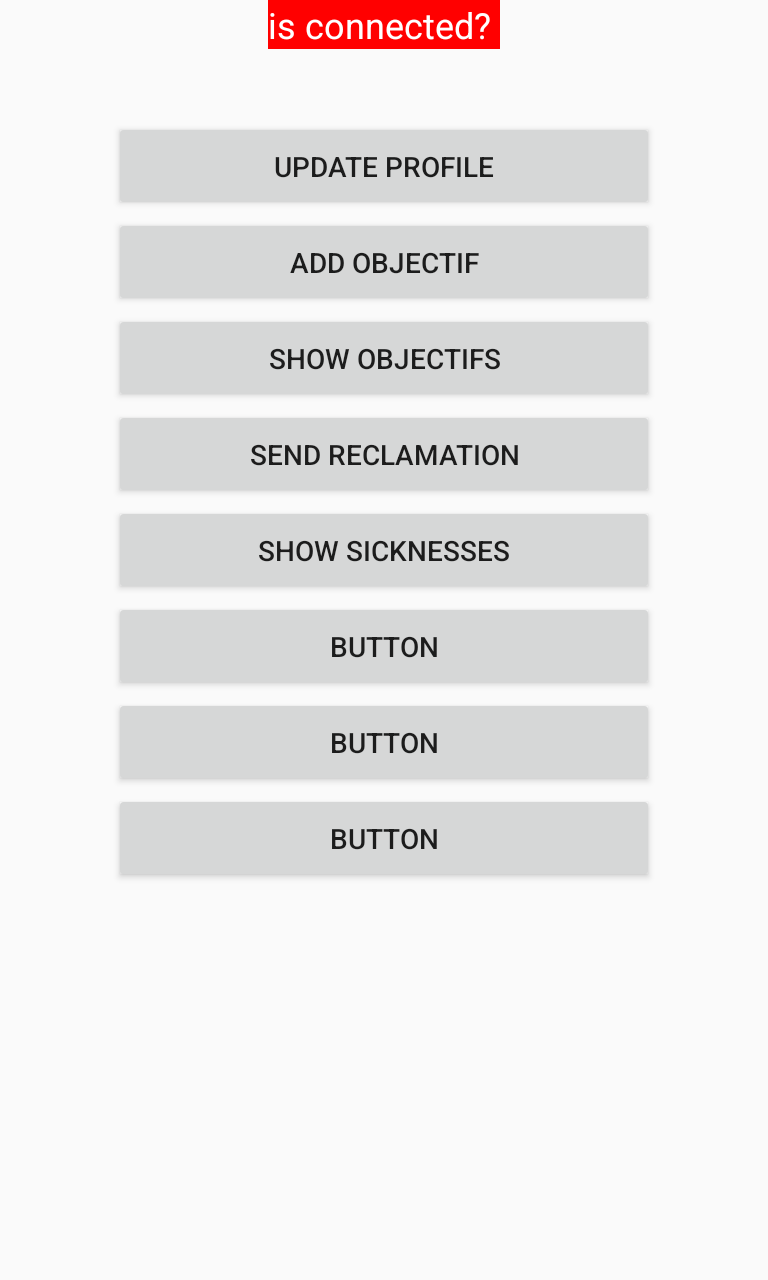
Repository: HAYKEL88/MASTER2_PFE
Layout: PFE_ANDROID/res/layout/activity_welcome_admin.xml
These files come from the project's save history. The layout is drawn as it stood at one moment and after the next save; the edit follows.
It is drawn on a 768 x 1280 px phone screen (xhdpi) without system bars, with theme AppTheme; the app's code is not run.

Above is the layout before, as saved 2014-12-21 11:00:13.

After the next save:
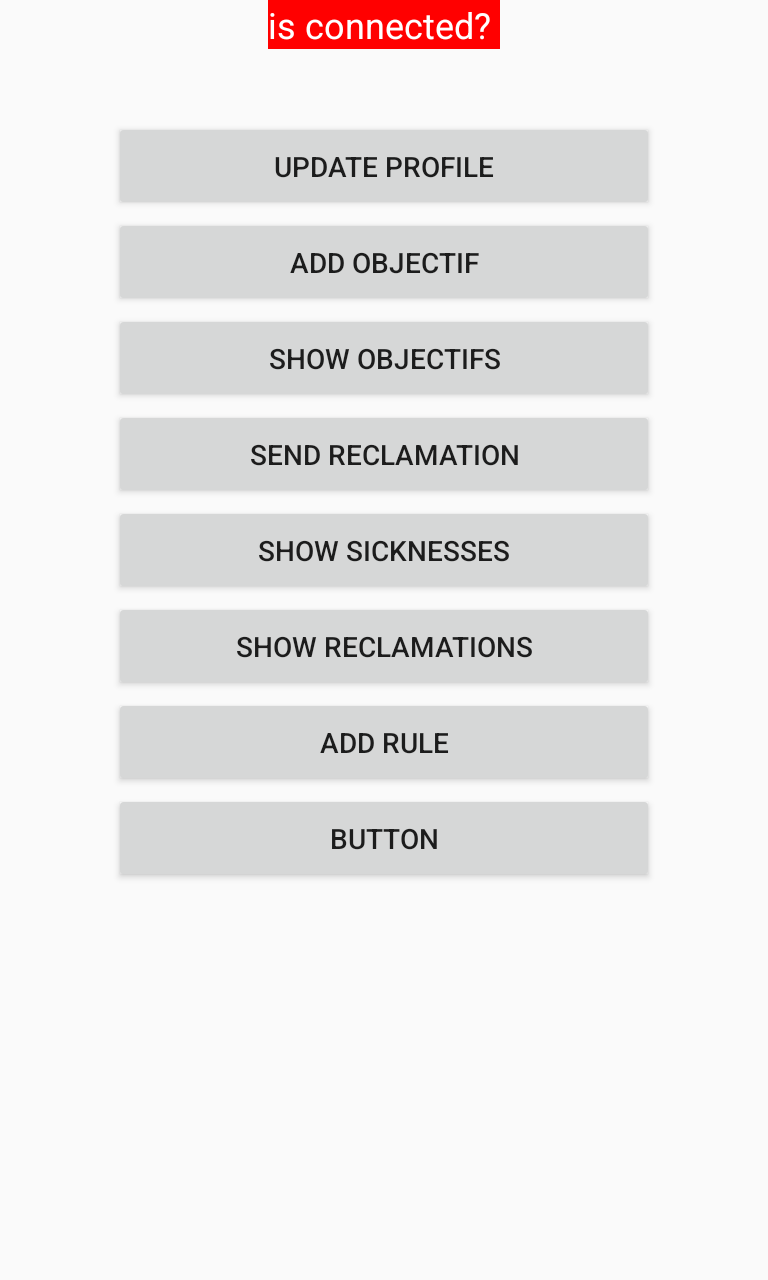
Saved 52 s later.
--- a/PFE_ANDROID/res/layout/activity_welcome_admin.xml
+++ b/PFE_ANDROID/res/layout/activity_welcome_admin.xml
@@ -64,18 +64,18 @@
         android:onClick="sicknessesList"/>
 
     <Button
-        android:id="@+id/button1"
+        android:id="@+id/ShowReclamations"
         android:layout_width="272dp"
         android:layout_height="wrap_content"
         android:layout_gravity="center_horizontal"
-        android:text="Button" />
+        android:text="@string/button_showReclamations" />
 
     <Button
-        android:id="@+id/button2"
+        android:id="@+id/AddRule"
         android:layout_width="272dp"
         android:layout_height="wrap_content"
         android:layout_gravity="center_horizontal"
-        android:text="Button" />
+        android:text="@string/button_addRule" />
 
     <Button
         android:id="@+id/button3"
